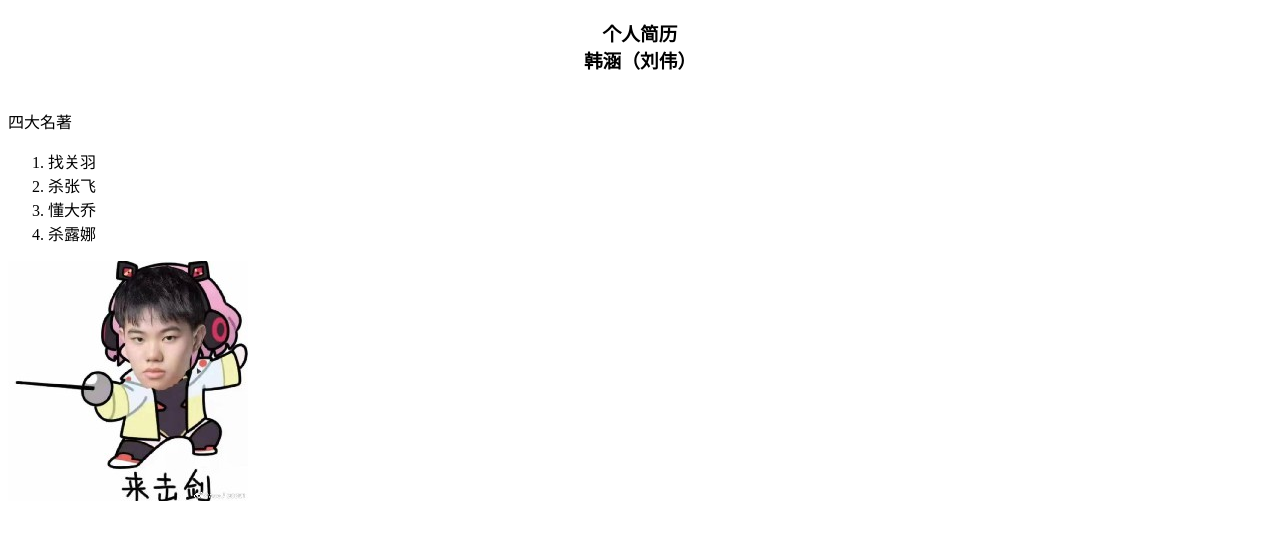
Repository: sheep9590/Test
Page: eclipse-workspace/Prj03/WebRoot/Introduction.html
An editor plug-in stored every save of this project. The page is shown before and after the next save, followed by the edit.
The browser window is 1280 px wide. The pictures show the whole page.

Above is the page before, as saved 2021-09-08 17:10:02.

### eclipse-workspace/Prj03/WebRoot/Introduction.html
<!DOCTYPE html>
<html>
<head>
<meta charset="UTF-8">
<title>虎牙韩涵</title>
</head>
<body>
<h3 align="center">个人简历<br>
韩涵（刘伟）</h3><br>
四大名著
<ol>
<li>找关羽</li>
<li>杀张飞</li>
<li>懂大乔</li>
<li>杀露娜</li>
</ol>
<img src=/Prj03/WebRoot/images/6050f0e86b4b03c05bc1eee5328033e~2.jpg>
</body>
</html>

After the next save:
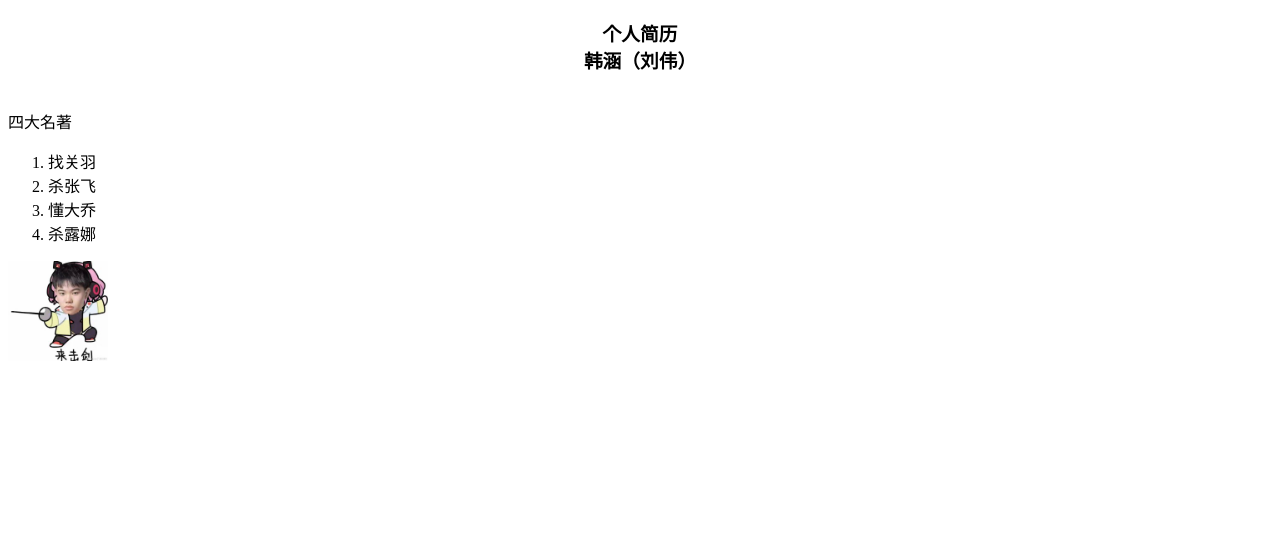
Saved 40 s later.
--- a/eclipse-workspace/Prj03/WebRoot/Introduction.html
+++ b/eclipse-workspace/Prj03/WebRoot/Introduction.html
@@ -14,6 +14,6 @@
 <li>懂大乔</li>
 <li>杀露娜</li>
 </ol>
-<img src=/Prj03/WebRoot/images/6050f0e86b4b03c05bc1eee5328033e~2.jpg>
+<img src=/Prj03/WebRoot/images/6050f0e86b4b03c05bc1eee5328033e~2.jpg width="100" height="100">
 </body>
 </html>
